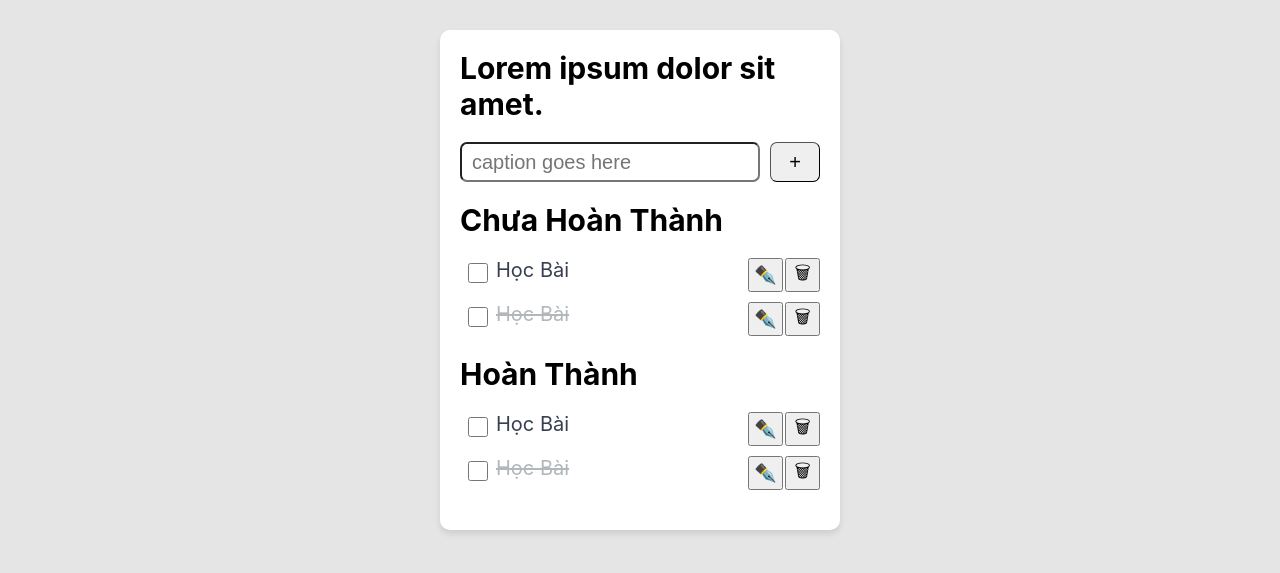
Repository: hungdomanh95/focus
Page: /
An editor plug-in stored every save of this project. The page is shown before and after the next save, followed by the edit.
The browser window is 1280 px wide. The pictures show the whole page.
The project was rebuilt for these pictures with package versions that can differ from the ones it lists, and the page was loaded fresh each time.

Above is the page before, as saved 2023-04-07 07:58:23.

### src/index.css
*{
 margin:0;
 padding:0;
 box-sizing: border-box;
}
html{
  font-size: 10px;
  --font-size:2rem
}
body {
  margin: 0;
  font-size: var(--font-size);
  font-family: -apple-system, BlinkMacSystemFont, 'Segoe UI', 'Roboto', 'Oxygen',
    'Ubuntu', 'Cantarell', 'Fira Sans', 'Droid Sans', 'Helvetica Neue',
    sans-serif;
  -webkit-font-smoothing: antialiased;
  -moz-osx-font-smoothing: grayscale;
  background-color: #e5e5e5;
}
input, button{
  font-size: var(--font-size);
  outline: 0;
}
code {
  font-family: source-code-pro, Menlo, Monaco, Consolas, 'Courier New',
    monospace;
}
.mb-2{
  margin-bottom: 2rem;
}

### src/App.tsx
import React, { useState } from "react";
import PushNotification from "./components/PushNotification";
import TodoList from "./components/TodoList";
function App() {

  return (
    <div className="App">
      {/* <PushNotification/> */}
      <TodoList/>
    </div>
  );
}

export default App;

### src/components/TodoList/index.ts
import TodoList from "./TodoList";

export default TodoList

### src/components/TodoList/TodoList.tsx
import React, { useState } from 'react'
import { Todo } from '../../@types/todo.type'
import TaskInput from '../TaskInput'
import TaskList from '../TaskList'
import styles from './todoList.module.scss'
function TodoList() {
  const [todos, setTodos] = useState<Todo[]>([])

  const doneTodos = todos.filter((todo) => todo.done)
  const notDoneTodos = todos.filter((todo) => !todo.done)

  const addTodo = (name: string) => {
    const todo: Todo = {
      name,
      done: false,
      id: new Date().toISOString()
    }
    setTodos((prev) => [...prev, todo])
  }

  const handleDoneTodo = (id: string, done: boolean) => {
    setTodos((prev) => {
      return prev.map((item) => {
        if (item.id === id) {
          return { ...item, done }
        }
        return item
      })
    })
  }
  console.log('todos: ', todos)

  return (
    <div className={styles.todoList}>
      <div className={styles.todoListContainer}>
        <TaskInput addTodo={addTodo} />
        <TaskList todos={notDoneTodos} handleDoneTodo={handleDoneTodo} />
        <TaskList doneTaskList todos={doneTodos} handleDoneTodo={handleDoneTodo} />
      </div>
    </div>
  )
}

export default TodoList

### src/components/TaskInput/index.ts
import TaskInput from "./TaskInput";

export default TaskInput

### src/components/TaskList/index.ts
import TaskList from "./TaskList";

export default TaskList

### src/components/TodoList/todoList.module.scss
.todoList{
  padding:3rem
}
.todoListContainer{
  background-color: #fff;
  max-width: 40rem;
  padding:2rem;
  margin-left: auto;
  margin-right: auto;
  border-radius: 1rem;
  box-shadow: 0px 4px 6px rgba(0,0,0,0.1);
}

### src/components/TaskInput/TaskInput.tsx
import React from 'react'
import styles from "./taskInput.module.scss"
function TaskInput() {
  return (
    <div className='mb-2'>
      <h1 className={styles.title}>
        Lorem ipsum dolor sit amet.
      </h1>
      <form className={styles.form}>
        <input type="text" placeholder='caption goes here' />
        <button type="submit" >+</button>
      </form>
    </div>
  )
}

export default TaskInput

### src/components/TaskList/TaskList.tsx
import React from 'react'
import styles from './taskList.module.scss'
interface TaskListProps{
  doneTaskList:boolean
}
function TaskList(props:TaskListProps) {
  const {doneTaskList} = props
  return (
    <div className='mb-2'>
      <h2 className={styles.title}>{ doneTaskList ? "Hoàn Thành" : "Chưa Hoàn Thành"}</h2>
      <div className={styles.tasks}>
        <div className={styles.task}>
          <input type='checkbox' className={styles.taskCheckbox} />
          <span className={styles.taskName}>Học Bài</span>
          <div className={styles.taskAction}>
            <button className={styles.taskBtn}>✒️</button>
            <button className={styles.taskBtn}>🗑</button>
          </div>
        </div>
        <div className={styles.task}>
          <input type='checkbox' className={styles.taskCheckbox} />
          <span className={`${styles.taskName} ${styles.taskNameDone}`}>Học Bài</span>
          <div className={styles.taskAction}>
            <button className={styles.taskBtn}>✒️</button>
            <button className={styles.taskBtn}>🗑</button>
          </div>
        </div>
      </div>
    </div>
  )
}

export default TaskList

### src/components/TaskInput/taskInput.module.scss
.title {
  font-size: 3rem;
  margin-bottom: 2rem;
}
.form {
  display: flex;
  align-items: center;
  input {
    height: 4rem;
    flex-grow: 1;
    margin-right: 1rem;
    border-radius: 0.7rem;
    padding: 0 1rem;
    border-width: 2px;
  }
  button {
    flex-shrink: 0;
    width: 5rem;
    height: 4rem;
    border-radius: 0.7rem;
    display: flex;
    justify-content: center;
    align-items: center;
    padding: 0;
    border-width: 1px;
  }
}

### src/components/TaskList/taskList.module.scss

.title{
  margin-bottom: 2rem;
}
.task{
  display: flex;
  align-items: flex-start;
  &:not(:last-child){
    margin-bottom: 1rem;
  }
}
.taskCheckbox{
  flex:0 0 10%;
  max-width: 10%;
  height: 2rem;
  margin-top: 0.5rem;
}
.taskName{
  flex:0 0 70%;
  max-width: 70%;
  padding:0 0 0.5rem;
  color:#383f50;
  &.taskNameDone{
    color:#b2b7bb;
    text-decoration: line-through;
  }
}
.taskAction{
  flex:0 0 20%;
  max-width: 20%;
  display: flex;
  justify-content: space-between;
}
.taskBtn{
  flex:0 0 3.5rem;
  max-width: 3.5rem;
  font-size: 1.8rem;
}

Loaded but not shown: public/index.html (common file); src/index.tsx (common file); src/reportWebVitals.ts (common file)

After the next save:
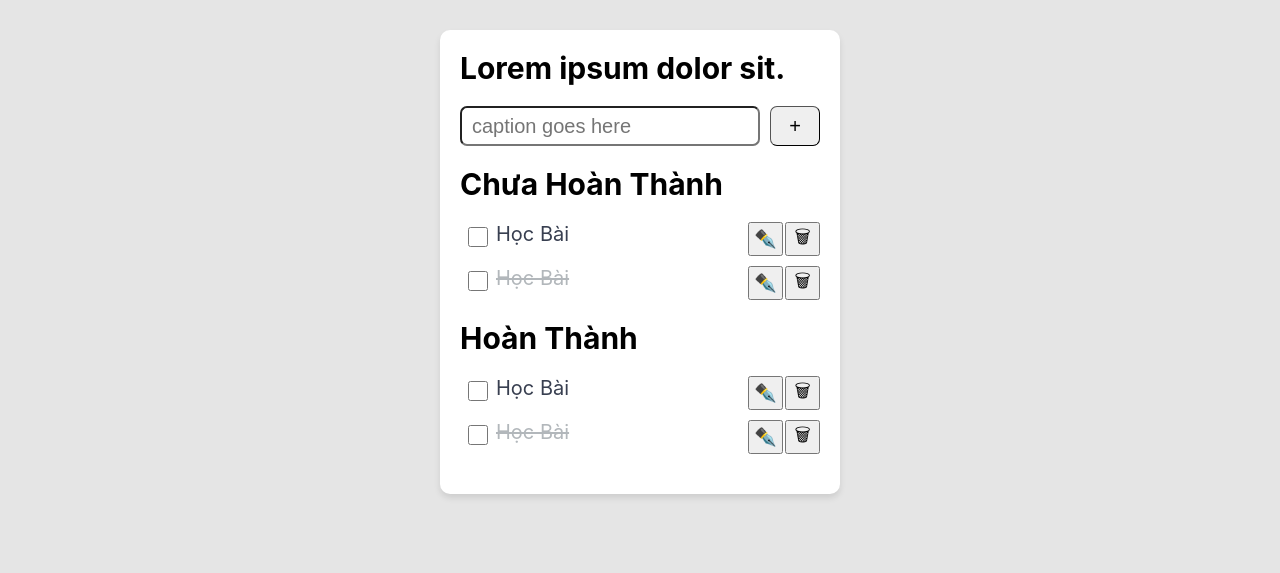
Saved 5 s later.
--- a/src/components/TaskInput/TaskInput.tsx
+++ b/src/components/TaskInput/TaskInput.tsx
@@ -4,7 +4,7 @@ function TaskInput() {
   return (
     <div className='mb-2'>
       <h1 className={styles.title}>
-        Lorem ipsum dolor sit amet.
+        Lorem ipsum dolor sit.
       </h1>
       <form className={styles.form}>
         <input type="text" placeholder='caption goes here' />
